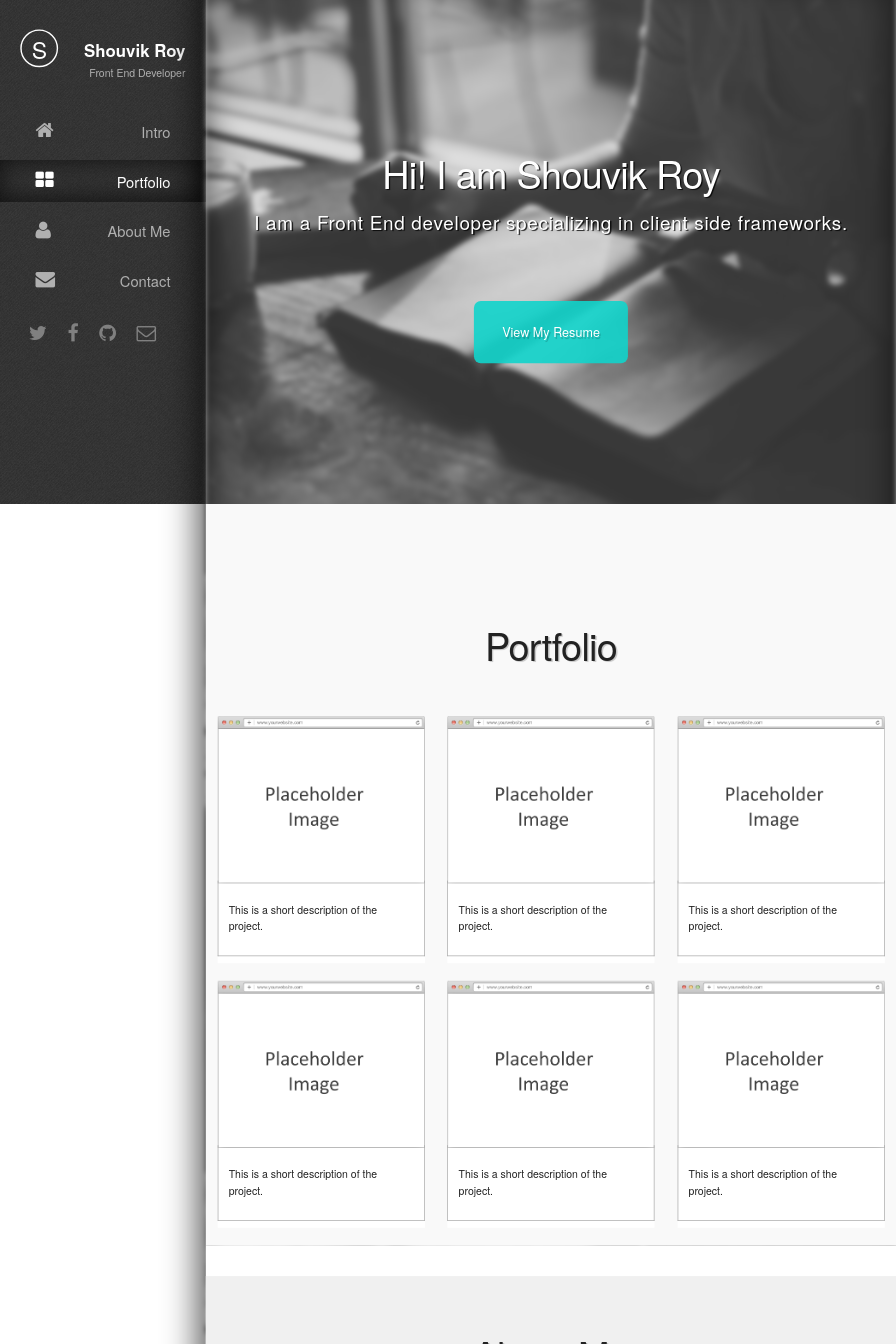
Repository: royshouvik/portfolio
Page: index.html
The author's editor kept a record of every edit. The page is drawn from the files as they stood at one moment, then again after the next edit.
The browser window is 1280 px wide. The pictures show the part of the page from y = 0 to 1920 px (the page is 3370 px tall before and 3372 px after), at 70% of full size.
Backgrounds fixed to the window are drawn as part of the page.

Above is the page before.

### index.html
<!DOCTYPE html>

<head>
    <meta charset="utf-8">
    <meta http-equiv="X-UA-Compatible" content="IE=edge">
    <title>Shouvik Roy</title>
    <meta name="description" content="Shouvik Roy's portfolio page">
    <meta name="viewport" content="width=device-width, initial-scale=1">
    <link rel="stylesheet" href="css/reset.css">
    <link rel="stylesheet" href="font-awesome/css/font-awesome.min.css">
    <link rel="stylesheet" href="genericons/genericons/genericons.css">
    <link href='https://fonts.googleapis.com/css?family=Hind:400,700,300' rel='stylesheet'>
    <link rel="stylesheet" href="css/jquery.fullpage.css" />
    <link rel="stylesheet" href="css/skeleton.css">
    <link rel="stylesheet" href="css/style2.css">
</head>

<body>
<a class="toggle" href="#"><span class="genericon genericon-menu"></span></i></a>
    <nav class="navbar">
        <header class="info">
            <div class="logo">
                <span>S</span>
            </div>
            <div class="profile">
                <span class="name">Shouvik Roy</span>
                <span class="role">Front End Developer</span>
            </div>
        </header>
        <ul class="nav" id="navmenu">
            <li class="active" id="intro-button" data-menuanchor="intro">
                <a href="#intro"><i class="fa fa-home"></i><span>Intro</span></a>
            </li>
            <li id="portfolio-button" data-menuanchor="portfolio">
                <a href="#portfolio"><i class="fa fa-th-large"></i><span>Portfolio</span></a>
            </li>
            <li id="about-button" data-menuanchor="about">
                <a href="#about"><i class="fa fa-user"></i><span>About Me</span></a>
            </li>
            <li id="contact-button" data-menuanchor="contact">
                <a href="#contact"><i class="fa fa-envelope"></i><span>Contact</span></a>
            </li>
        </ul>
        <footer>
            <ul class="social">
                <li><a href="#"><i class="fa fa-twitter"></i></a></li>
                <li><a href="#"><i class="fa fa-facebook"></i></a></li>
                <li><a href="#"><i class="fa fa-github"></i></a></li>
                <li><a href="#"><i class="fa fa-envelope-o"></i></a></li>
            </ul>
        </footer>
    </nav>
    <main id="fullpage" class="main">


        <div class="background-image"></div>
        <section class="section">
	        <div class="intro">
	        	<h1 class="shadow">Hi! I am Shouvik Roy</h1>
	            <h2 class="shadow">I am a Front End developer specializing in client side frameworks.</h2>
	            <a class="resume-button" href="#">View My Resume</a>
	        </div>
        </section>
        <section class="portfolio section fp-auto-height">
            <h1>Portfolio</h1>
            <div>
                <figure>
                    <img class="project" src="css/images/browser.png" alt="Project 1">
                    <figcaption>This is a short description of the project.</figcaption>
                </figure>
                <figure>
                    <img class="project" src="css/images/browser.png" alt="Project 1">
                    <figcaption>This is a short description of the project.</figcaption>
                </figure>
                <figure>
                    <img class="project" src="css/images/browser.png" alt="Project 1">
                    <figcaption>This is a short description of the project.</figcaption>
                </figure>
                <figure>
                    <img class="project" src="css/images/browser.png" alt="Project 1">
                    <figcaption>This is a short description of the project.</figcaption>
                </figure>
                <figure>
                    <img class="project" src="css/images/browser.png" alt="Project 1">
                    <figcaption>This is a short description of the project.</figcaption>
                </figure>
                <figure>
                    <img class="project" src="css/images/browser.png" alt="Project 1">
                    <figcaption>This is a short description of the project.</figcaption>
                </figure>
            </div>
        </section>
        <section class="section">
	        <div class="about">
	        	<h1>About Me</h1>
	        </div>
        </section>
        <section class="section">
        <div class="contact">
        	<h1>Contact</h1>

        </div>
        </section>
        <section class="section fp-auto-height">
			<footer class="footer">

			</footer>


        </section>

    </main>

    <script src="script/jquery.min.js"></script>
    <script src="script/jquery.easings.js"></script>
    <script src="script/jquery.fullpage.min.js"></script>
    <script src="script/app.js"></script>
</body>

</html>

### css/style2.css
body {
    height: auto;
}

main {
    height: auto;
}

.shadow {
    text-shadow: 2px 2px 1px rgba(0, 0, 0, 0.8);
}

h1 {
    font-weight: 300;
    font-size: 3.6em;
    text-align: center;
    margin: 90px auto 20px auto;
}

h2 {
    font-size: 1.8em;
    letter-spacing: 0.1rem;
    text-align: center;
}

.resume-button {
    width: 160px;
    font-size: 1.2em;
    text-decoration: none;
    color: #ffffff;
    background-color: hsla(177, 85%, 45%, 0.9);
    display: block;
    text-align: center;
    margin: 7.70% auto;
    padding: 30px;
    border-radius: 10px;
    transition: 0.3s;
    text-shadow: 2px 2px 1px rgba(0, 0, 0, 0.2);
}

.resume-button:hover {
    color: #ffffff;
    background-color: #77cccc;
    box-shadow: 0px 0px 30px 2px rgba(188, 230, 230, 0.7);
    -webkit-transform: scale(1.1, 1.1);
    transform: scale(1.1, 1.1);
}

/*************************** Nav **********************************/
nav {
    height: 100%;
    width: 23%;
    position: fixed;
    background: #232323 url(images/debut_dark.png) top left repeat;
    color: white;
    transition: 0.5s;
    /*display: -webkit-flex;*/
    /*display: -ms-flexbox;*/
    /*display: flex;*/
    display: block;
    -webkit-flex-direction: column;
    -ms-flex-direction: column;
    flex-direction: column;
    -webkit-justify-content: center;
    -ms-flex-pack: center;
    justify-content: space-around;
    align-items: stretch;
}

.display {
    left: 0%;
    width: 60%;
    z-index: 99998;
}

.toggle {

    text-decoration: none;
    background-color: rgba(0, 0, 0, 0.2);
    border-radius: 5px;
    font-size: 32px;
    color: #ffffff;
    display: none;
    position: fixed;
    top: 6%;
    left: 3%;
    transition: position 0.6s, left 0.6s;
    z-index: 99999;
}
.toggle:hover {
    color: #ffffff;
}

.toggle span {
    font-size: 40px;
}

nav ul {
    list-style-type: none;
    padding: 0;
}

ul.nav li {
    padding: 3.225% 9.090%;
}

ul.nav li a {
    text-decoration: none;
    margin: 0 auto;
    width: 80%;
    display: -webkit-flex;
    display: -ms-flexbox;
    display: flex;
    height: 100%;
    font-size: 1.4em;
    line-height: 2em;
    color: #b0b0b0;
    transition: 1s;
}

ul.nav {
    flex-grow: 3;
}

ul.nav li a:hover {
    color: #ffffff;
}

li.active {
    color: #ffffff;
    box-shadow: inset -5px -2px 38px 3px rgba(0, 0, 0, 0.7);
}

ul.nav li.active a {
    color: #ffffff;
}

i.fa {
    font-size: 1.33em;
    padding-top: 3%;
    -webkit-flex-grow: 2;
    -ms-flex-positive: 2;
    flex-grow: 2;
    -webkit-order: 1;
    -ms-flex-order: 1;
    order: 1;
}

ul.social {
    font-size: 1.4em;
}

li a span {
    -webkit-flex-grow: 1;
    -ms-flex-positive: 1;
    flex-grow: 1;
    font-weight: 300;
    text-align: right;
    -webkit-order: 2;
    -ms-flex-order: 2;
    order: 2;
}

.clearfix:after {
    content: "";
    display: table;
    clear: both;
}

.main {
    width: 77%;
    margin-left: auto;
}

.info {
    margin: 14.1466% 10%;
    display: -webkit-flex;
    display: -ms-flexbox;
    display: flex;
    -webkit-flex-direction: row;
    -ms-flex-direction: row;
    flex-direction: row;
}

.name {
    font-size: 1.6em;
    font-weight: bold;
    text-align: right;
}

.role {
    text-align: right;
    font-size: 1em;
    color: #b0b0b0;
}

.profile {
    display: -webkit-flex;
    display: -ms-flexbox;
    display: flex;
    -webkit-flex-direction: column;
    -ms-flex-direction: column;
    flex-direction: column;
    width: 80%;
    margin-top: 5%;
    -webkit-order: 2;
    -ms-flex-order: 2;
    order: 2;
}

.logo {
    font-size: 2.2em;
    font-weight: 300;
    border: 2px solid #ffffff;
    min-width: 50px;
    width: 50px;
    height: 50px;
    border-radius: 50%;
    -webkit-order: 1;
    -ms-flex-order: 1;
    order: 1;
}

.logo span {
    display: inline-block;

    padding-left: 14px;
}

ul.social li {
    display: inline;
    margin: 5%;
}

ul.social li a {
    color: #808080;
    transition: 1s;
}

ul.social li a:hover {
    color: #ffffff;
}

ul.social {
    margin: 0 auto;
    width: 80%;
}

.background-image {
    position: absolute;
    left: 0;
    right: 0;
    top: -1%;
    z-index: -1;
    background-image: url(images/bg.jpg);
    overflow: hidden;
    background-attachment: fixed;
    background-clip: border-box;
    background-size: cover;
    background-position: top left;
    box-shadow: inset 0 0 48px 0 rgba(0, 0, 0, 0.7), 0 0 48px 10px rgba(0, 0, 0, 0.7);
    width: 100%;
    height: 100%;
    -webkit-filter: blur(4px);
    filter: blur(4px);
}

.intro {
    height: 40%;
    z-index: 9999;
    color: #ffffff;
    display: -webkit-flex;
    display: -ms-flexbox;
    display: flex;
    -webkit-flex-direction: column;
    -ms-flex-direction: column;
    flex-direction: column;
    -webkit-justify-content: center;
    -ms-flex-pack: center;
    justify-content: center;
    -webkit-align-items: center;
    -ms-flex-align: center;
    align-items: center;
}

.about,
.contact {
    height: 100%;
}

.portfolio {
    background-color: #f9f9f9;

}

.about {
    background-color: #f0f0f0;
    border-bottom: 1px solid #d0d0d0;
}
section:nth-of-type(3) {
    background-color: #fff;
}
.contact {
    background: #ffffff url(images/white_texture.png) top left repeat;
    background-attachment: fixed;
}

.footer {
    height: 150px;
    border-top: 1px solid #a0a0a0;
    background: #ffffff url(images/whitey.png) top left repeat;
}

.portfolio div {
    display: -webkit-flex;
    display: -ms-flexbox;
    display: flex;
    -webkit-flex-wrap: wrap;
    -ms-flex-wrap: wrap;
    flex-wrap: wrap;
    -webkit-justify-content: space-around;
    -ms-flex-pack: distribute;
    justify-content: space-around;
    -webkit-align-items: center;
    -ms-flex-align: center;
    align-items: center;
}

.portfolio {
    height: auto;
}

.portfolio h1,
.about h1,
.contact h1 {
    text-align: center;
    padding: 8% 0 5% 0;
    text-shadow: 2px 2px 1px rgba(0, 0, 0, 0.2);
}

.project {
    width: 100%;
    height: 100%;
}

figure {
    display: inline-block;
    -ms-flex-preferred-size: 30%;
    -webkit-flex-basis: 30%;
    flex-basis: 30%;
    background-color: #ffffff;
    /*margin: 4% 0;*/
    transition: 0.4s;
}

figure:hover {
    -webkit-transform: scale(1.1, 1.1);
    transform: scale(1.1, 1.1);
}

figcaption {
    border: 1px solid #a7a7a7;
    border-top: none;
    padding: 10% 5%;
    font-size: 1em;
    position: relative;
    top: -10px;
}


/****************************** SVG ***************************************/

.move-right, .move-right:hover {
    left: 30%;
    color: #333;
    background-color: transparent;
}



/****************************** Media Queries *****************************/

@media screen and (min-width: 1201px) {
    .display {
        width: 23%;
    }
}

@media screen and (max-width: 995px) {

    .display, nav {
        width: 25%;
    }

    .main {
        width: 75%;
    }

}


@media screen and (max-width: 1200px) {
    .display {
        width: 23%;
    }
    .info {
        -webkit-flex-direction: column;
        -ms-flex-direction: column;
        flex-direction: column;
        -webkit-justify-content: center;
        -ms-flex-pack: center;
        justify-content: center;
        -webkit-align-items: center;
        -ms-flex-align: center;
        align-items: center;
        flex-grow: 1;
    }
    .logo {
        margin: 5% auto;
    }
    li a span {
        -webkit-flex-grow: 2;
        -ms-flex-positive: 2;
        flex-grow: 2;
        padding-right: 10%;
        -webkit-order: 1;
        -ms-flex-order: 1;
        order: 1;
    }
    i.fa {
        padding-top: 0%;
        -webkit-flex-grow: 0;
        -ms-flex-positive: 0;
        flex-grow: 0;
        -webkit-order: 2;
        -ms-flex-order: 2;
        order: 2;
    }
    ul.nav li a {
        -webkit-justify-content: center;
        -ms-flex-pack: center;
        justify-content: center;
        -webkit-align-items: center;
        -ms-flex-align: center;
        align-items: center;
    }
    figure {
        -ms-flex-preferred-size: 45%;
        -webkit-flex-basis: 45%;
        flex-basis: 45%;
    }

    .resume-button {
        width: 205px;
    }
}

@media screen and (max-width: 960px) {
	html {
        font-size: 14px;
    }
    nav {
        left: -30%;
    }
    .display {
        width: 30%;
    }
    .main {
        width: 100%;
    }
    .background-image {
        left: 0%;
        width: 99.5%;
    }

    .move-right {
        left: 30%;
    }

    figure {
        -ms-flex-preferred-size: 80%;
        -webkit-flex-basis: 80%;
        flex-basis: 80%;
    }
    h2.shadow {
        text-align: center;
        padding: 8% 0 5% 0;
    }
    .toggle {
        display: block;
        width: 50px;
        height: 40px;
        text-align: center;
    }
    .name, .role {
        text-align: center;
    }
    .name {
        font-size: 1.2em;
    }
    .role {
        font-size: 0.8em;
    }
    .logo {
        font-size: 1.5em;
    }

    ul.nav li a, ul.social, i.fa {
        font-size: 1.2em;
    }

}

@media screen and (max-width: 620px) , screen and (max-height: 500px){
	.info {
		margin : 1% 10%;
	}
    .display {
        width: 50%;
    }
    .move-right, .move-right:hover {
        left: 50%;
    }
    .name {
    	font-size: 1em;
    	text-align: center;
    }
    .role {
        font-size: 0.8em;
        color: #ffffff;
        text-align: center;
    }

	.logo {
		width: 35px;
		min-width: 35px;
		height: 35px;
		font-size: 1.2em;
	}
	.logo span {
	    padding-top: 0;
        padding-left: 10px;
	}

	ul.social li {
		margin : 2%;
	}

}
@media screen and (max-width: 480px) {

    .display {
        width: 70%;
    }
    .move-right, .move-right:hover {
        left: 70%;
    }

    ul.nav li a, ul.social, i.fa {
        font-size: 1em;
    }

}

Loaded but not shown: css/reset.css (common file); font-awesome/css/font-awesome.min.css (library); css/jquery.fullpage.css (library); script/jquery.min.js (library); script/jquery.easings.js (library); script/jquery.fullpage.min.js (library); script/app.js (32 lines, source omitted); genericons/genericons/genericons.css (259 lines, source omitted); css/skeleton.css (418 lines, source omitted)

After the next edit:
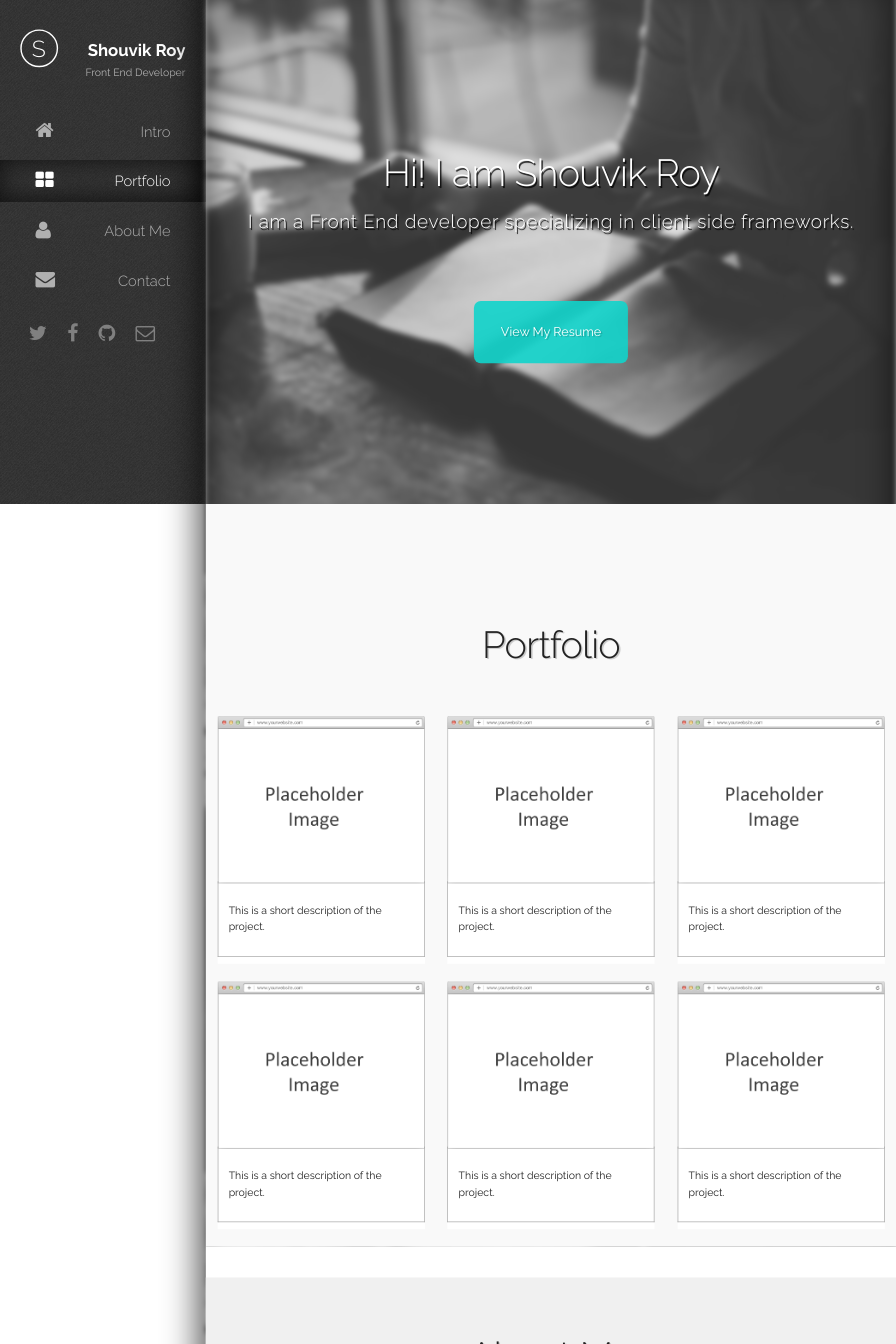
The edit:
--- a/index.html
+++ b/index.html
@@ -9,7 +9,8 @@
     <link rel="stylesheet" href="css/reset.css">
     <link rel="stylesheet" href="font-awesome/css/font-awesome.min.css">
     <link rel="stylesheet" href="genericons/genericons/genericons.css">
-    <link href='https://fonts.googleapis.com/css?family=Hind:400,700,300' rel='stylesheet'>
+
+    <link href='https://fonts.googleapis.com/css?family=Raleway:400,300,500,700' rel='stylesheet' type='text/css'>
     <link rel="stylesheet" href="css/jquery.fullpage.css" />
     <link rel="stylesheet" href="css/skeleton.css">
     <link rel="stylesheet" href="css/style2.css">
